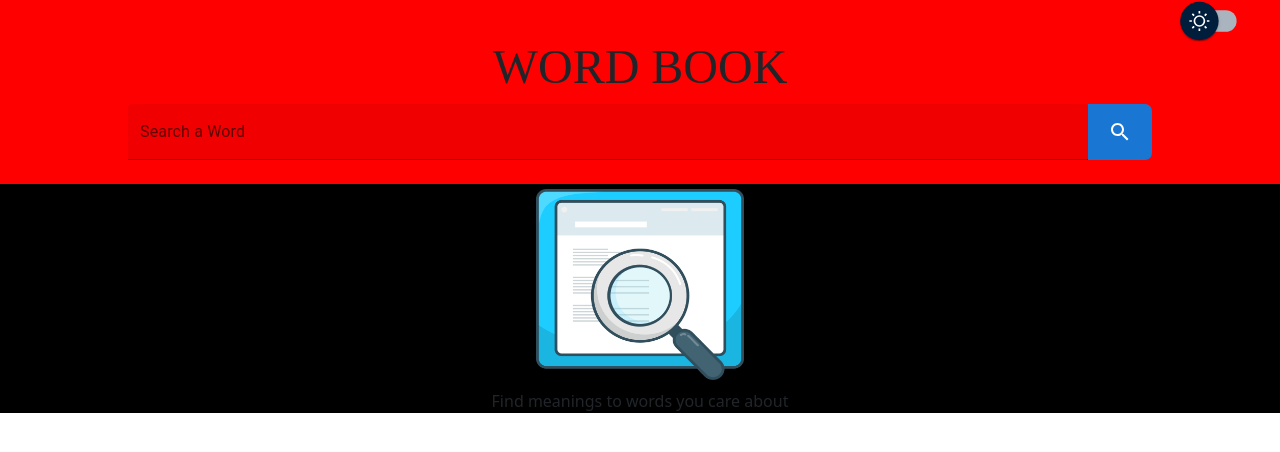
Repository: marveldev/my-dictionary
Page: /
These files come from the project's save history. The page is drawn as it stood at one moment and after the next save; the edit follows.
The browser window is 1280 px wide. The pictures show the whole page.
The project was rebuilt for these pictures with package versions that can differ from the ones it lists, and the page was loaded fresh each time. Also part of the build but not shown: src/components/themeSwitcher/MUISwitch.jsx.

Above is the page before, as saved 2022-05-22 16:33:58.

### public/index.html
<!DOCTYPE html>
<html lang="en">
  <head>
    <meta charset="utf-8" />
    <meta name="viewport" content="width=device-width, initial-scale=1" />
    <meta name="theme-color" content="#000000" />
    <meta
      name="description"
      content="Web site created using create-react-app"
    />
    <link href="https://cdn.jsdelivr.net/npm/bootstrap@5.1.3/dist/css/bootstrap.min.css" rel="stylesheet"
          integrity="sha384-1BmE4kWBq78iYhFldvKuhfTAU6auU8tT94WrHftjDbrCEXSU1oBoqyl2QvZ6jIW3" crossorigin="anonymous"
    />
    <link rel="apple-touch-icon" href="./icon-192x192.png" />
    <link rel="icon" href="./icon-192x192.png" />
    <link rel="manifest" href="./manifest.json" />
    <title>My Dictionary</title>
  </head>
  <body>
    <noscript>You need to enable JavaScript to run this app.</noscript>
    <div id="root"></div>
  </body>
</html>

### src/index.js
import React from 'react'
import ReactDOM from 'react-dom'
import App from './App'
import swDev from './swDev'
import './index.css'

ReactDOM.render(
  <React.StrictMode>
    <App />
  </React.StrictMode>,
  document.getElementById('root')
)
swDev()

### src/App.js
import { useState } from 'react'
import { createTheme } from '@mui/material'
import { Form, Output, ThemeSwitcher } from './components'

const App = () => {
  const [definitions, setDefinitions] = useState([])
  const [appMode, setAppMode] = useState('online')
  const [isLoading, setIsLoading] = useState(null)

  const storedTheme = localStorage.getItem('theme') || 'light'
  const [theme, setTheme] = useState(storedTheme)

  const themePalette = createTheme({
    palette: {
      mode: theme,
    },
  })

  return (
    <div className={`${theme} app`}>
      <div className="top-column top-0 w-100 pb-4">
        <ThemeSwitcher setTheme={setTheme} theme={theme} themePalette={themePalette} />
        <h1 className="text-center">{definitions?.word || 'WORD BOOK'}</h1>
        <Form
          setDefinitions={setDefinitions}
          themePalette={themePalette}
          setAppMode={setAppMode}
          setIsLoading={setIsLoading}
        />
      </div>

      <Output definitions={definitions} appMode={appMode} isLoading={isLoading} />
    </div>
  )
}

export default App

### src/swDev.js
export default function swDev() {
  let swUrl = `${process.env.PUBLIC_URL}/sw.js`
  navigator.serviceWorker.register(swUrl).then(response => {
    console.warn("response", response)
  })
}

### src/index.css
body {
  margin: 0;
}

.app {
  position: absolute;
  width: 100%;
  height: 100%;
  transition: all 0.5s linear 0s;
}

.top-column {
  position: fixed;
  background: red;
  z-index: 1;
}

h1 {
  font-size: 3em;
  font-family: 'Montserrat light', serif;
}

.form {
  width: 80%;
}

#searchButton {
  border-radius: 0 0.5em 0.5em 0;
  box-shadow: none;
}

.output {
  margin-top: 11.3em;
  background: #000;
}

.search-illustration {
  width: 13em;
  height: 13em;
  object-fit: contain;
}

.definition-header {
  padding: 1em 2em;
  font-family: 'Montserrat Medium', serif;
}

.volume-icon {
  transform: scale(1.8);
  color: #000;
}

.definitions-wrapper {
  width: 80%;
  background: #f0f0f0;
}

.definitions-wrapper::-webkit-scrollbar {
  width: 0.5em;
}

.definitions-wrapper::-webkit-scrollbar-thumb {
  border-radius: 0.5em;
  background-color: #bbb7b7;
}

.definition {
  background: #3b5360;
}

button:active {
  transform: translateY(0.2em);
}

.dark {
  background: #282c34;
  color: #fff;
}

.dark #searchButton {
  background: #1174ff;
  color: #fff;
}

.dark .definitions-wrapper {
  background: #3b3f46;
}

.dark .definition {
  background: #355c6c;
}

.dark .volume-icon {
  color: #fff;
}

@media screen and (max-width: 628px) {
  .form {
    width: 95%;
  }

  .definition-header {
    padding: 0.5em 0;
  }

  .definitions-wrapper {
    width: 95%;
    padding: 0 1.2em;
  }
}

### src/components/index.js
export { default as Form } from './form/Form'
export { default as Output } from './output/Output'
export { default as ThemeSwitcher } from './themeSwitcher/ThemeSwitcher'

### src/components/form/Form.jsx
import { useState } from 'react'
import debounce from 'lodash.debounce'
import wordList from 'word-list-json'
import { TextField, ThemeProvider, Autocomplete, Button } from '@mui/material'
import SearchIcon from '@mui/icons-material/Search'

const Form = ({ setDefinitions, themePalette, setIsLoading, setAppMode }) => {
  const [filteredWords, setFilteredWords] = useState([])
  const [word, setWord] = useState('')

  const url = `https://api.dictionaryapi.dev/api/v2/entries/en/${word}`

  const doWordFilter = debounce(value => {
    if(value.trim().length >= 1) {
      const wordFilter = wordList?.filter(word => word.startsWith(value.toLowerCase())).slice(0, 30)
      setFilteredWords(wordFilter)
    } else {
      setFilteredWords([])
      setWord('')
      setDefinitions([])
    }
  }, 300)

  const fetchDefinition = async event => {
    event?.preventDefault()
    if (word.trim().length >= 1) {
      setIsLoading(true)

      try {
        const response = await fetch(url)
        const data = await response.json()
        if (data) {
          setIsLoading(null)
          setDefinitions(data[0])
          setAppMode('online')
        }
      } catch (error) {
        setAppMode('offline')
        setDefinitions([])
      }
    }
  }

  return (
    <ThemeProvider theme={themePalette}>
      <>
        <Autocomplete
          freeSolo
          disableClearable
          options={filteredWords.map(word => word)}
          onChange={(event, value) =>
            setWord(value)
          }
          renderInput={params =>
            <form
              className="form d-flex m-auto"
              onSubmit={event => fetchDefinition(event)}
            >
              <TextField
                {...params}
                variant="filled"
                label="Search a Word"
                onChange={event => doWordFilter(event.target.value)}
              />
              <Button type="submit" variant="contained" id="searchButton">
                <SearchIcon />
              </Button>
            </form>
          }
        />
      </>
    </ThemeProvider>
  )
}

export default Form

### src/components/output/Output.jsx
import { IconButton } from '@mui/material'
import VolumeUpIcon from '@mui/icons-material/VolumeUp'
import { searchIllustration, loader } from '../assets'

const Output = ({ definitions, isLoading, appMode }) => {
  const playWord = (url) => {
    const audio = new Audio(url)
    audio?.play()
  }

  return (
    <div className="output">
      {isLoading && appMode === 'online' && (
        <div className="text-center">
          <img src={loader} alt="loading" />
        </div>
      )}

      {!isLoading && (
        <>
          {!definitions && (
            <div className="text-center fs-4">😞 we couldn't find definitions for the word you are looking for.</div>
          )}

          {definitions?.length <= 0 && (
            <div className="text-center">
              <img src={searchIllustration} className="search-illustration" alt="search illustration" />
              <p>Find meanings to words you care about</p>
            </div>
          )}

          {definitions?.meanings && (
            <div className="definitions-wrapper m-auto pb-4 rounded">
              <div className="definition-header d-flex align-items-center gap-3">
                {definitions.phonetics[0]?.audio && (
                  <IconButton onClick={() => playWord(definitions.phonetics[0]?.audio)}>
                    <VolumeUpIcon className="volume-icon" />
                  </IconButton>
                )}
                <div>
                  <p className="m-0 fs-5">{definitions?.word}</p>
                  {definitions?.phonetic && <p className="m-0">{definitions?.phonetic}</p>}
                </div>
              </div>
              <ul className="mx-lg-5 ps-0">
                {definitions?.meanings.map((meaning, index) => (
                  <li key={index}>
                    <p>"partOfSpeech": {meaning.partOfSpeech}</p>
                    {meaning.definitions?.map((data, index) => (
                      <div key={index} className="definition text-white rounded p-2 mb-3">
                        <p className="fw-bold">{data.definition}</p>
                        <p>
                          <span className="me-2 fw-bold">Example:</span>
                          {data.example}
                        </p>
                        <p className="mb-0">
                          <span className="me-2 fw-bold">Synonyms:</span>
                          {data.synonyms.join(', ')}
                        </p>
                      </div>
                    ))}
                  </li>
                ))}
              </ul>
            </div>
          )}
        </>
      )}

      {appMode === 'offline' && (
        <div className="text-center fs-4">😞 you are in offline mode or some issue with connection.</div>
      )}
    </div>
  )
}

export default Output

### src/components/themeSwitcher/ThemeSwitcher.jsx
import { FormControlLabel } from '@mui/material'
import { MaterialUISwitch } from './MUISwitch'

const ThemeSwitcher = ({ theme, setTheme, themePalette }) => {
  const switchTheme = () => {
    const currentTheme = theme === 'dark' ? 'light' : 'dark'
    setTheme(currentTheme)
    localStorage.setItem('theme', currentTheme)
  }

  return (
    <div className="text-end mx-lg-4 mt-1">
      <FormControlLabel
        label=''
        control={
          <MaterialUISwitch
            theme={themePalette}
            onChange={switchTheme}
            checked={theme === 'dark' && true}
            aria-label='switch theme'
          />
        }
      />
    </div>
  )
}

export default ThemeSwitcher

### src/components/assets/index.js
export { default as searchIllustration } from './searchIllustration.png'
export { default as loader } from './loader.svg'

After the next save:
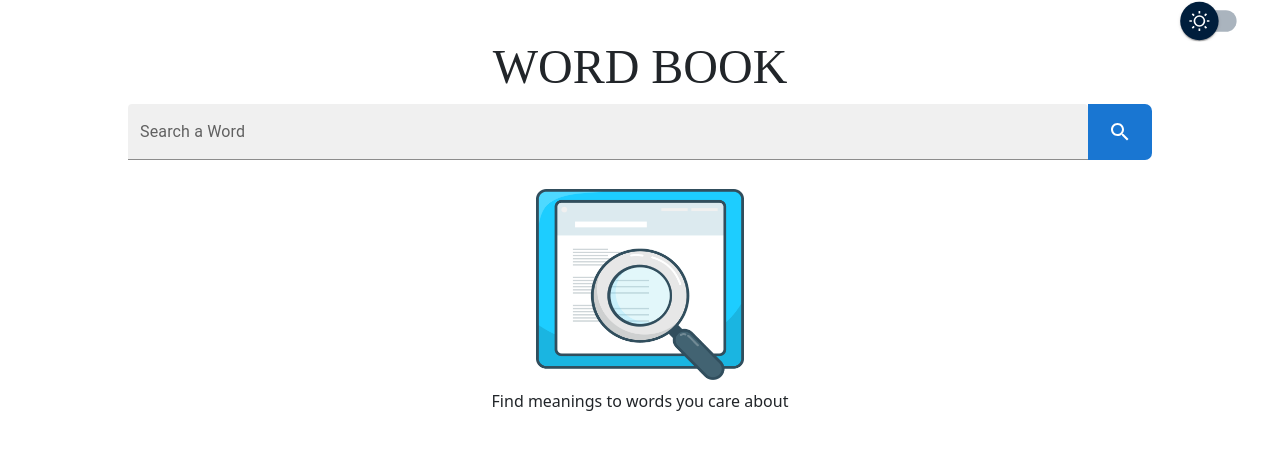
Saved 12 s later.
--- a/src/index.css
+++ b/src/index.css
@@ -11,7 +11,7 @@ body {
 
 .top-column {
   position: fixed;
-  background: red;
+  background: #fff;
   z-index: 1;
 }
 
@@ -31,7 +31,6 @@ h1 {
 
 .output {
   margin-top: 11.3em;
-  background: #000;
 }
 
 .search-illustration {
